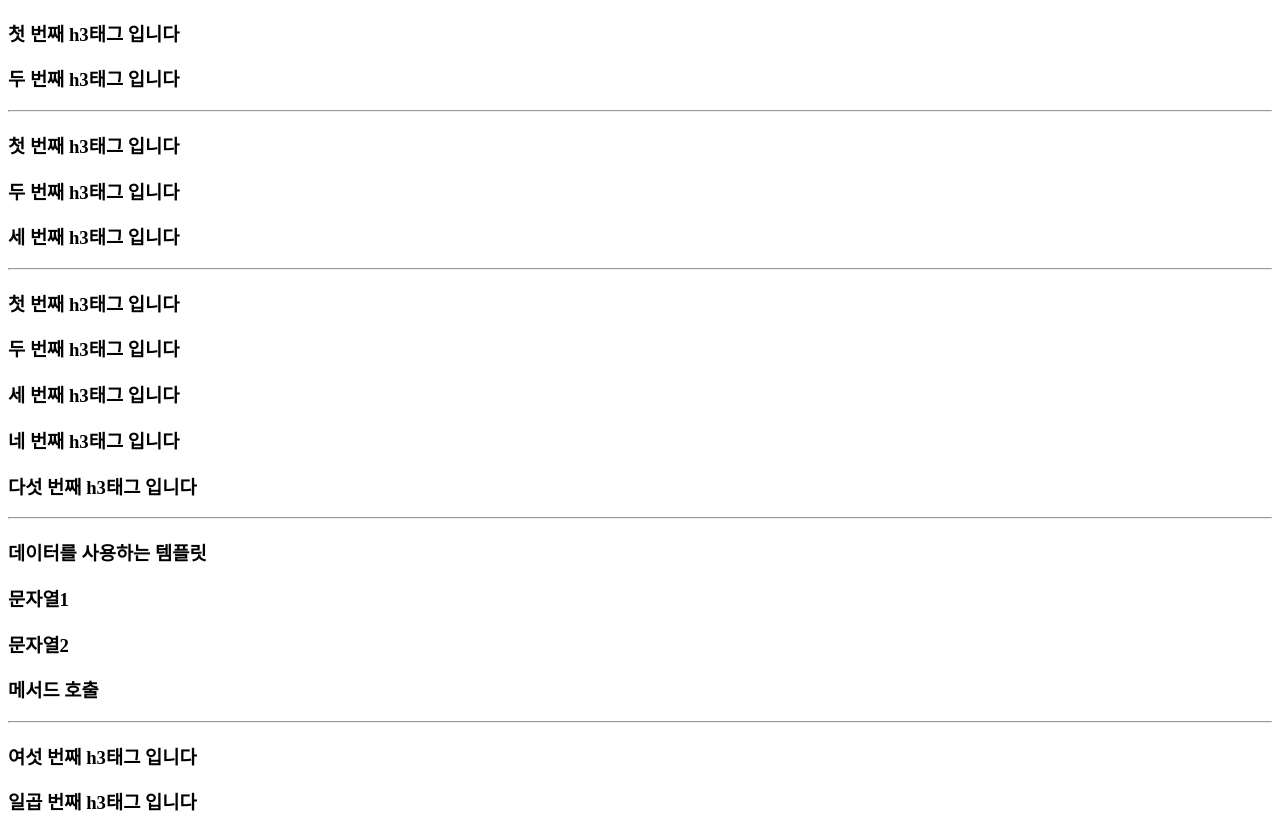
Repository: HyoJun00/Vue_JS
Page: Component/src/main/webapp/index.html
These files come from the project's save history. The page is drawn as it stood at one moment and after the next save; the edit follows.
The browser window is 1280 px wide. The pictures show the whole page.

Above is the page before, as saved 2025-07-15 06:02:22.

After the next save:
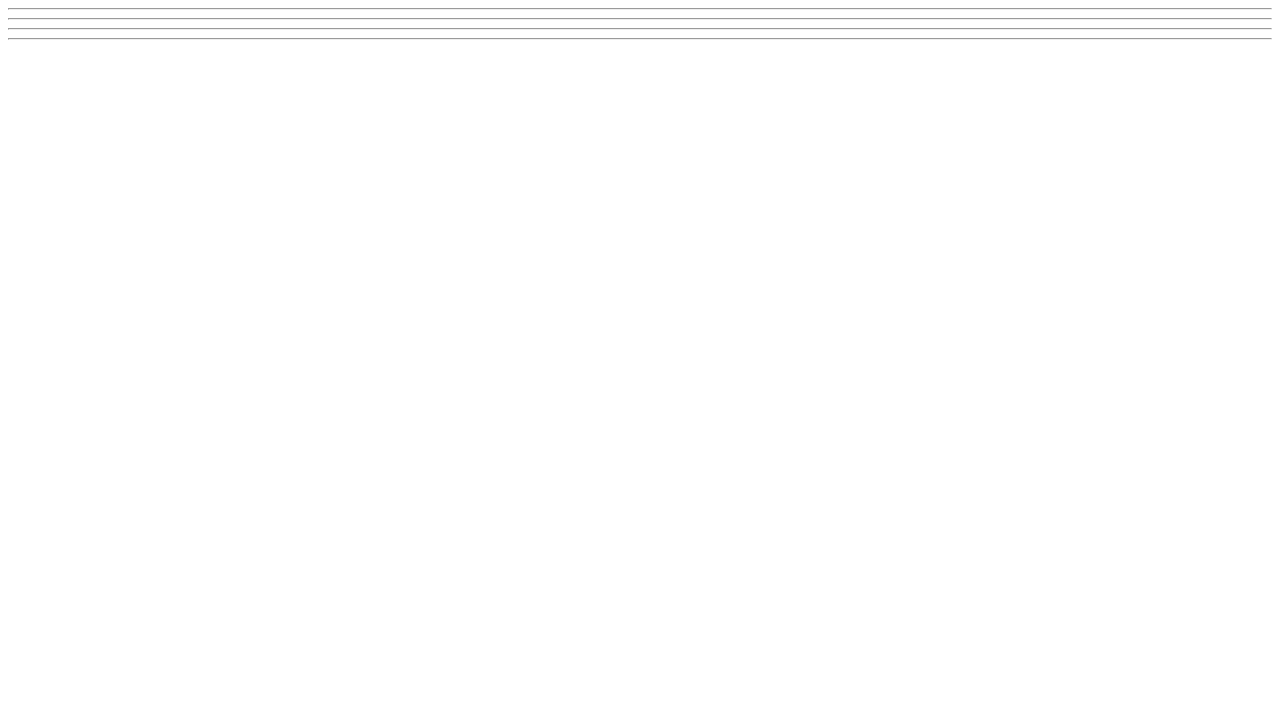
Console error: SyntaxError: Unexpected identifier 'data'
Saved 83 s later.
--- a/Component/src/main/webapp/index.html
+++ b/Component/src/main/webapp/index.html
@@ -71,7 +71,11 @@
 				},
 				'component6' : {
 					template : '<h3>일곱 번째 h3태그 입니다</h3>'
-				}
+				},
+			}
+			data : {
+				view1 : 'component5',
+				view2 : 'component6'
 			}
 		})
 	}

After the save that followed:
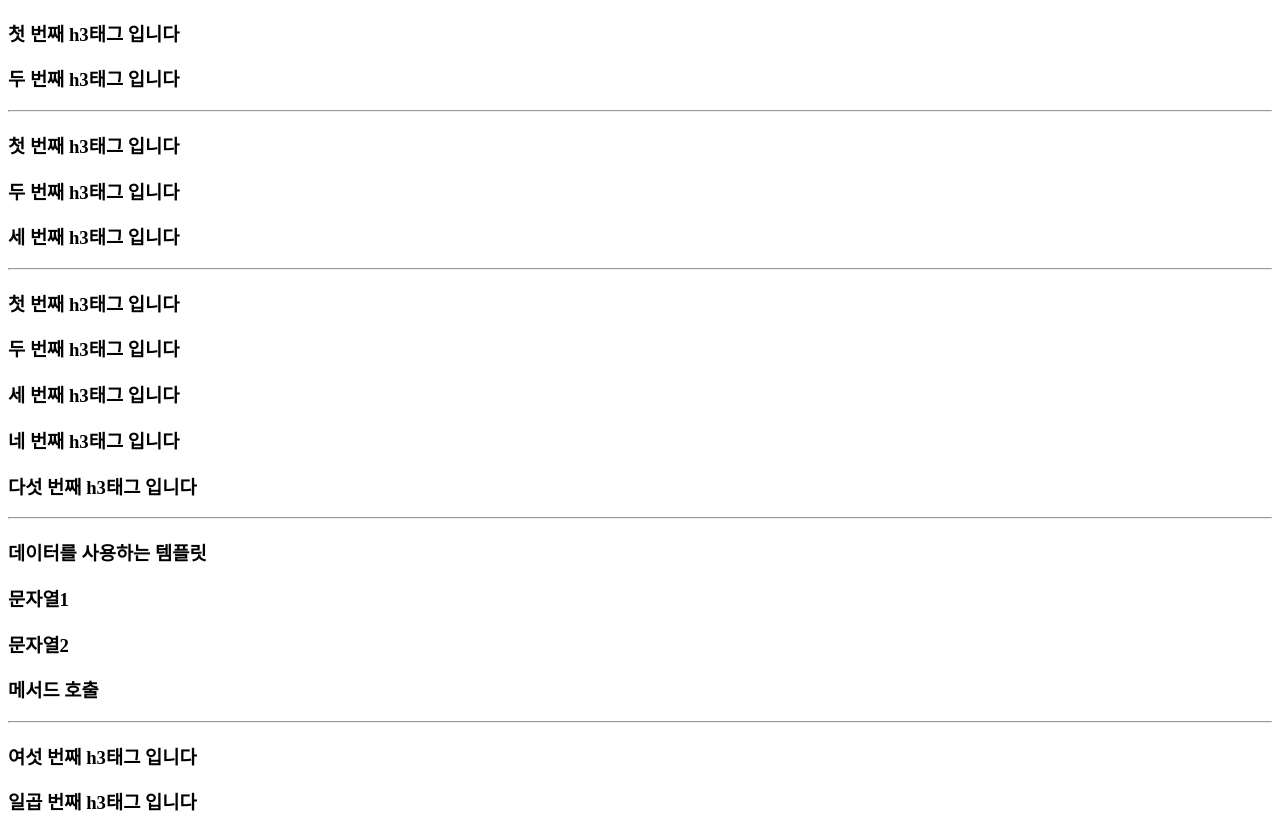
The error is gone.
Saved 11 s later.
--- a/Component/src/main/webapp/index.html
+++ b/Component/src/main/webapp/index.html
@@ -71,8 +71,8 @@
 				},
 				'component6' : {
 					template : '<h3>일곱 번째 h3태그 입니다</h3>'
-				},
-			}
+				}
+			},
 			data : {
 				view1 : 'component5',
 				view2 : 'component6'
